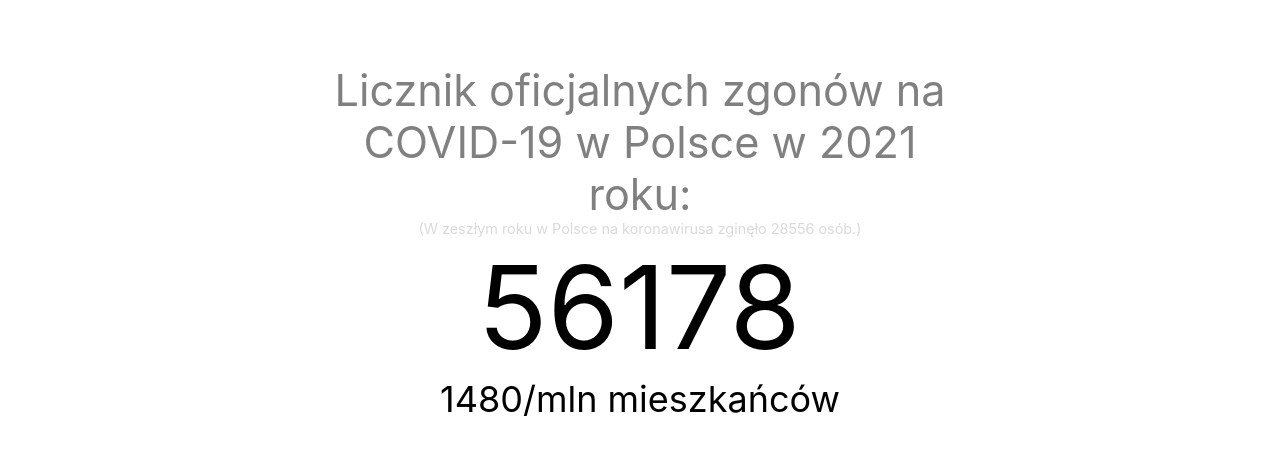
Repository: michalgornicki/poland-covid
Page: /
The author's editor kept a copy of each file at every save. The page is drawn from the files as they stood at one save, then again after the next save.
The browser window is 1280 px wide. The pictures show the whole page.
The project was rebuilt for these pictures with package versions that can differ from the ones it lists, and the page was loaded fresh each time.

Above is the page before, as saved 2021-12-04 19:20:14.

After the next save:
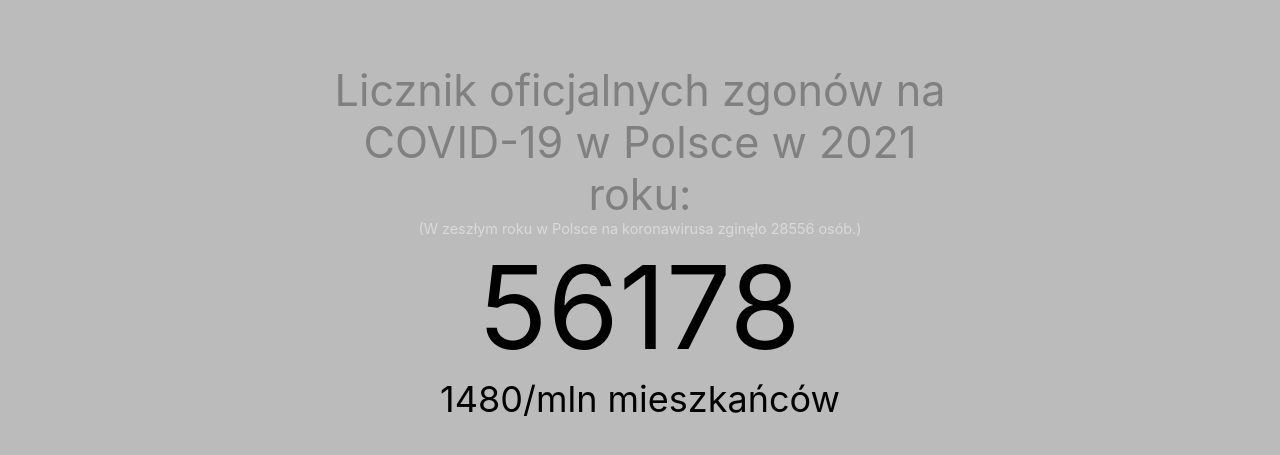
Saved 12 s later.
--- a/src/App.css
+++ b/src/App.css
@@ -1,4 +1,4 @@
-.body{
+body{
     background-color: rgb(187, 187, 187);
 }
 

After the save that followed:
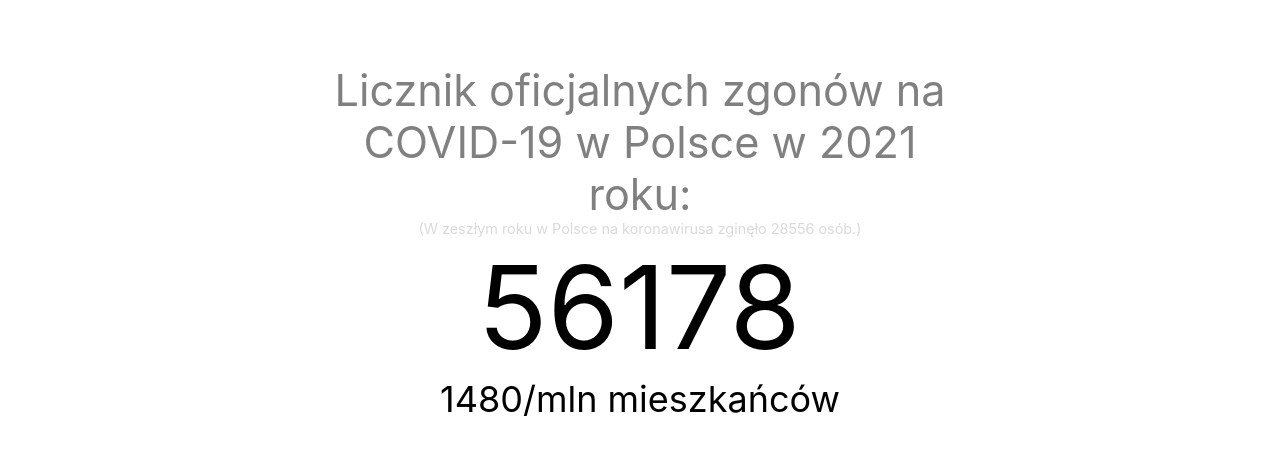
Saved 8 s later.
--- a/src/App.css
+++ b/src/App.css
@@ -1,5 +1,5 @@
 body{
-    background-color: rgb(187, 187, 187);
+    background-color: rgb(255, 255, 255);
 }
 
 .text-container{
